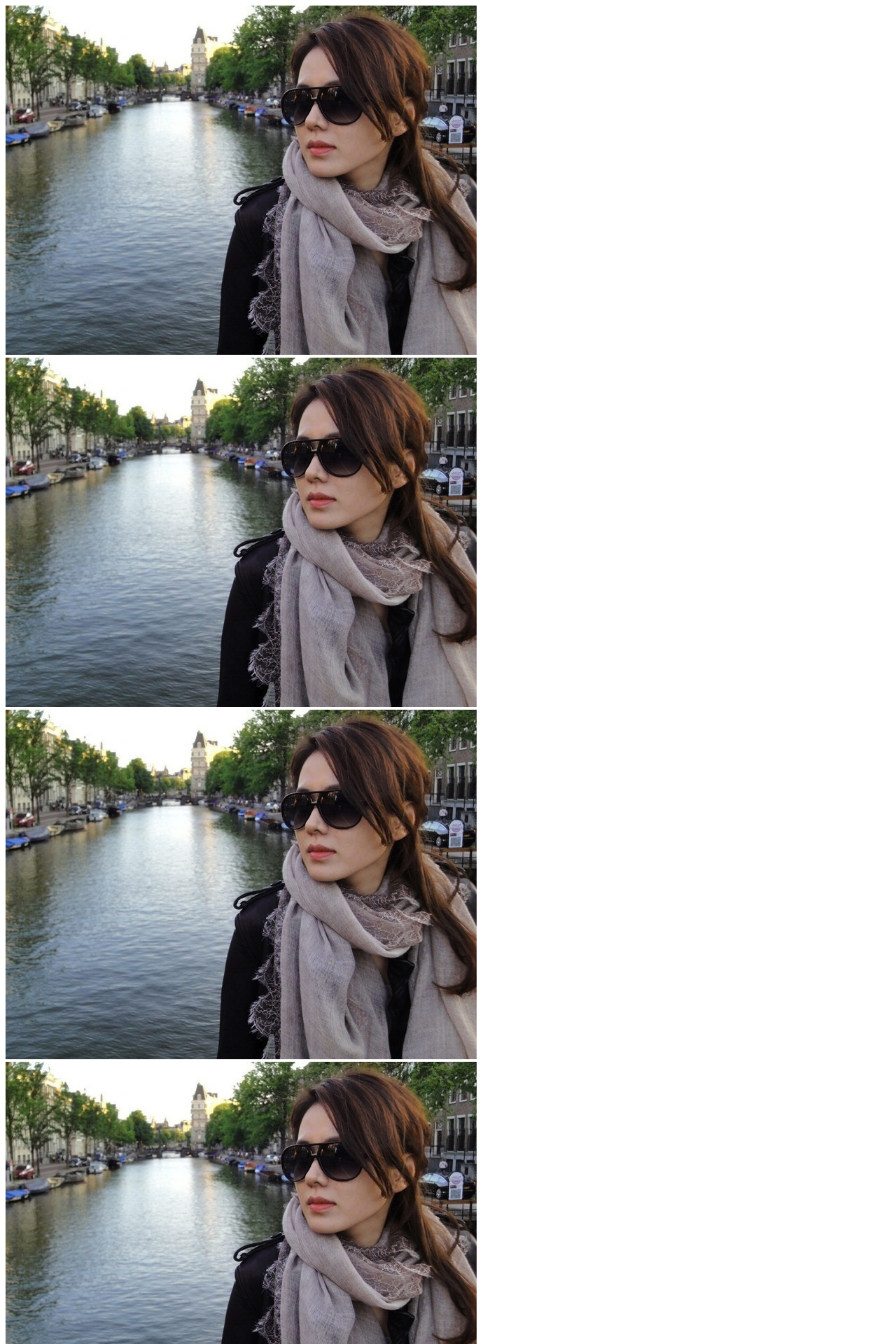
Repository: hojohe/bit-java
Page: 07_css/WebContent/14_transform/07_z.html
These files come from the project's save history. The page is drawn as it stood at one moment and after a run of saves; the edit follows.
The browser window is 1280 px wide. The pictures show the part of the page from y = 0 to 1920 px (the page is 4543 px tall before and 952 px after), at 70% of full size.

Above is the page before, as saved 2017-01-25 02:02:03.

### 07_css/WebContent/14_transform/07_z.html
<!DOCTYPE html>
<html>
<head>
    <title>Untitled Page</title>
    <style>

    </style>
</head>
<body>
        <div id="wheel">
            <div class="item"><img src="../images/pic1.jpg" /></div>
            <div class="item"><img src="../images/pic1.jpg" /></div>
            <div class="item"><img src="../images/pic1.jpg" /></div>
            <div class="item"><img src="../images/pic1.jpg" /></div>
            <div class="item"><img src="../images/pic1.jpg" /></div>
            <div class="item"><img src="../images/pic1.jpg" /></div>
            <div class="item"><img src="../images/pic1.jpg" /></div>
            <div class="item"><img src="../images/pic1.jpg" /></div>
            <div class="item"><img src="../images/pic1.jpg" /></div>
        </div>
</body>
</html>

After the next 9 saves:
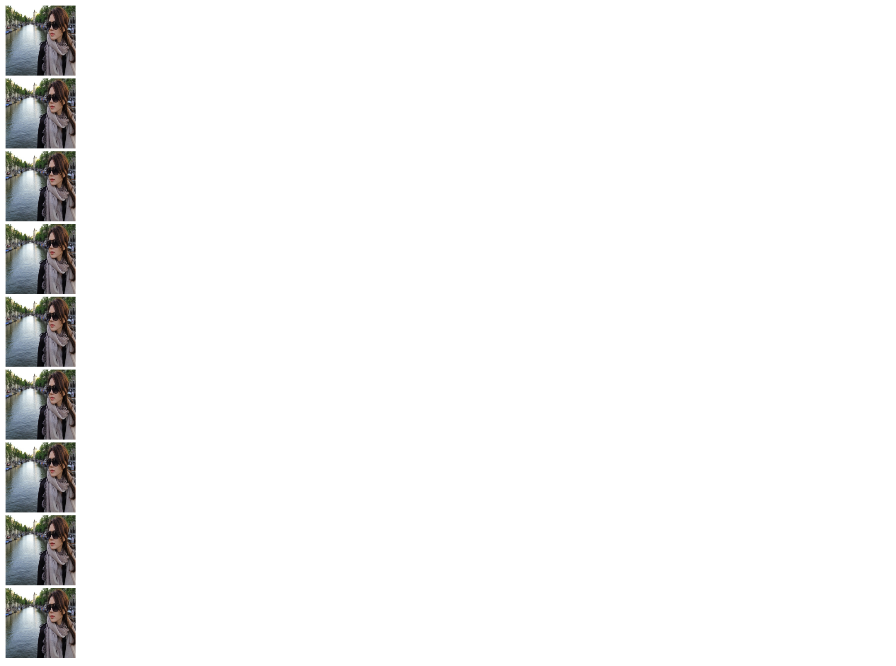
The 9 saves are shown as one change because they came seconds apart.
The last was saved 16 min 35 s later.
--- a/07_css/WebContent/14_transform/07_z.html
+++ b/07_css/WebContent/14_transform/07_z.html
@@ -3,6 +3,10 @@
 <head>
     <title>Untitled Page</title>
     <style>
+		img {
+			width: 100px; height: 100px;
+		}
+
 
     </style>
 </head>
